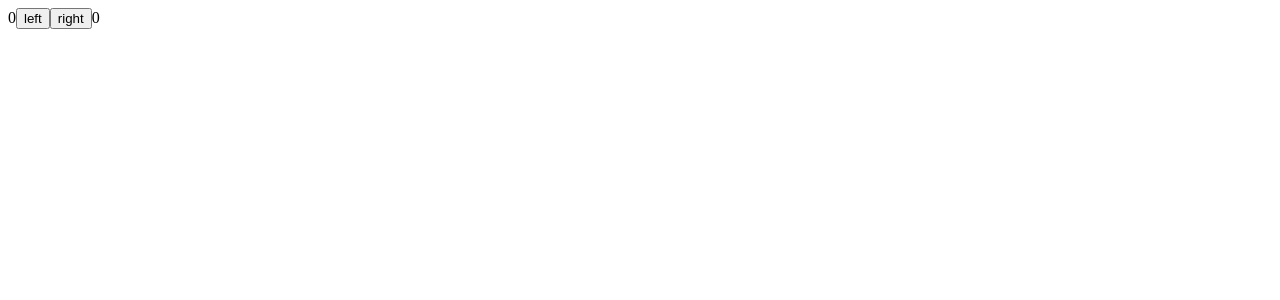
Repository: mariocapitbrok/helsinki-fullstack
Page: / (app in part1/)
The author's editor kept a copy of each file at every save. The page is drawn from the files as they stood at one save, then again after the next save.
The browser window is 1280 px wide. The pictures show the whole page.
The project was rebuilt for these pictures with package versions that can differ from the ones it lists, and the page was loaded fresh each time.

Above is the page before, as saved 2022-01-08 14:57:48.

After the next save:
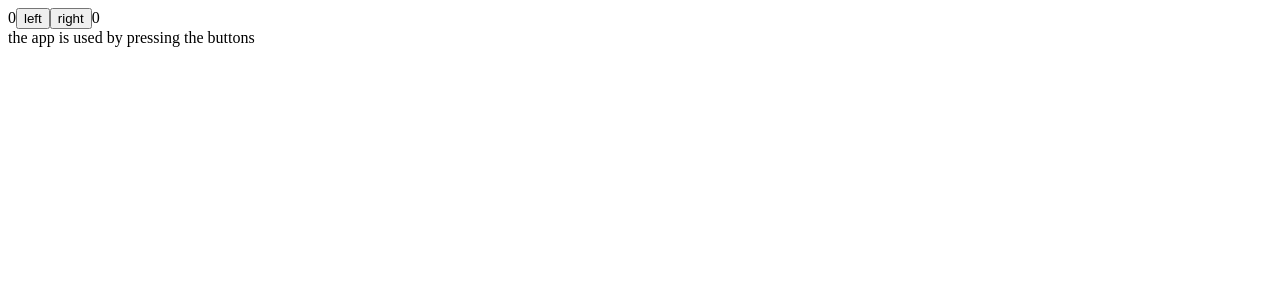
Saved 40 s later.
--- a/part1/src/App.js
+++ b/part1/src/App.js
@@ -28,7 +28,7 @@ const App = () => {
       <button onClick={handleLeftClick}>left</button>
       <button onClick={handleRightClick}>right</button>
       {right}
-      <p>{allClicks.join(' ')}</p>
+      <History allClicks={allClicks} />
     </div>
   )
 }
